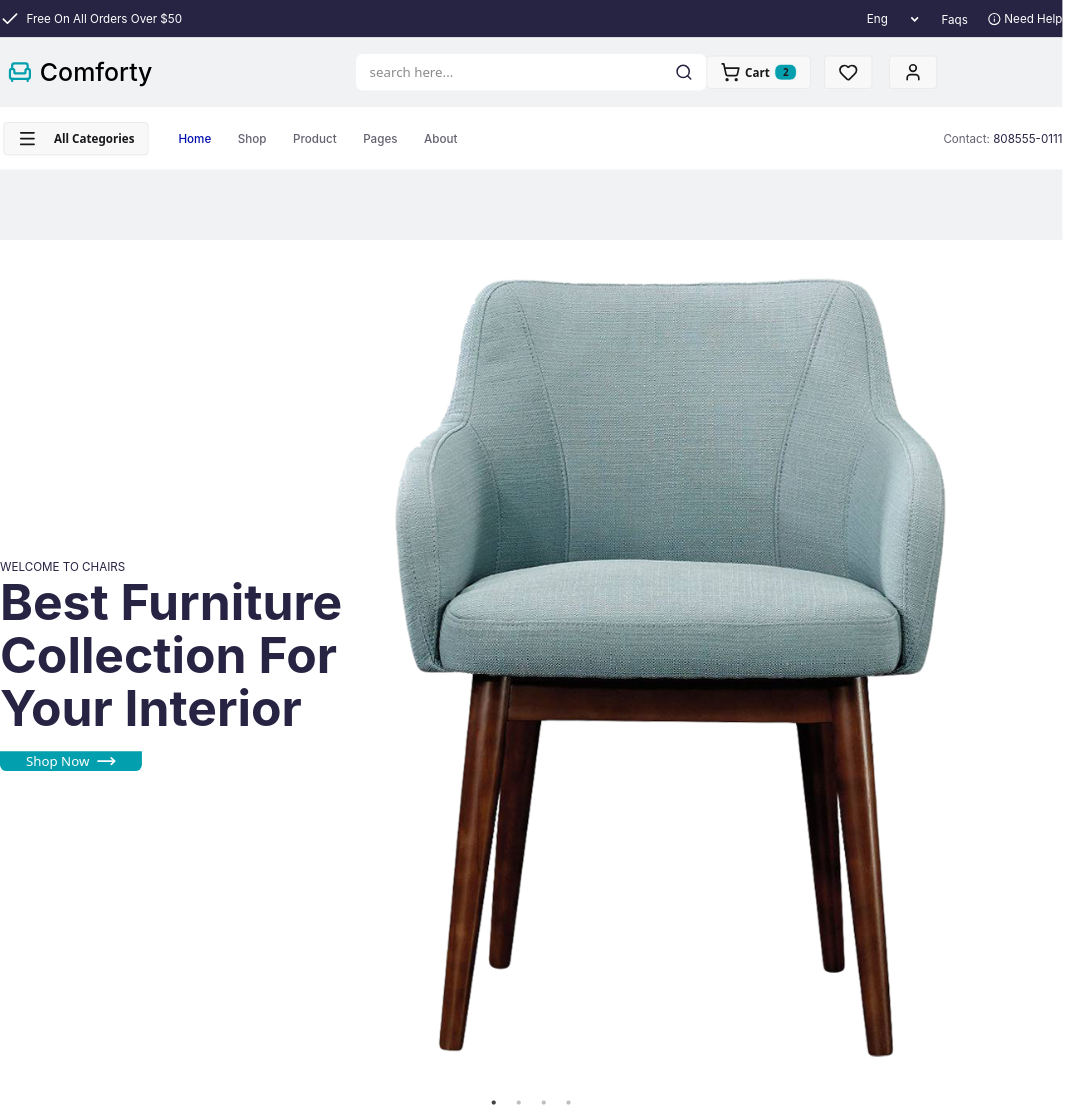
Repository: Neda0o0/store-template-website
Page: /
An editor plug-in stored every save of this project. The page is shown before and after the next save, followed by the edit.
The browser window is 1280 px wide. The page is 1305 px wide, so the pictures cover 1305 px, including what lies to the right of the window. The pictures show the whole page, at 83% of full size.
The project was rebuilt for these pictures with package versions that can differ from the ones it lists, and the page was loaded fresh each time. Also part of the build but not shown: vite.config.js, src/Pages/Auth/Auth.jsx, src/Pages/Auth/Login/Login.jsx, src/Pages/Auth/Register/Register.jsx, src/Pages/Error/Error.jsx, src/AuthCheck/AuthCheck.jsx.

Above is the page before, as saved 2025-10-21 17:58:02.

After the next save:
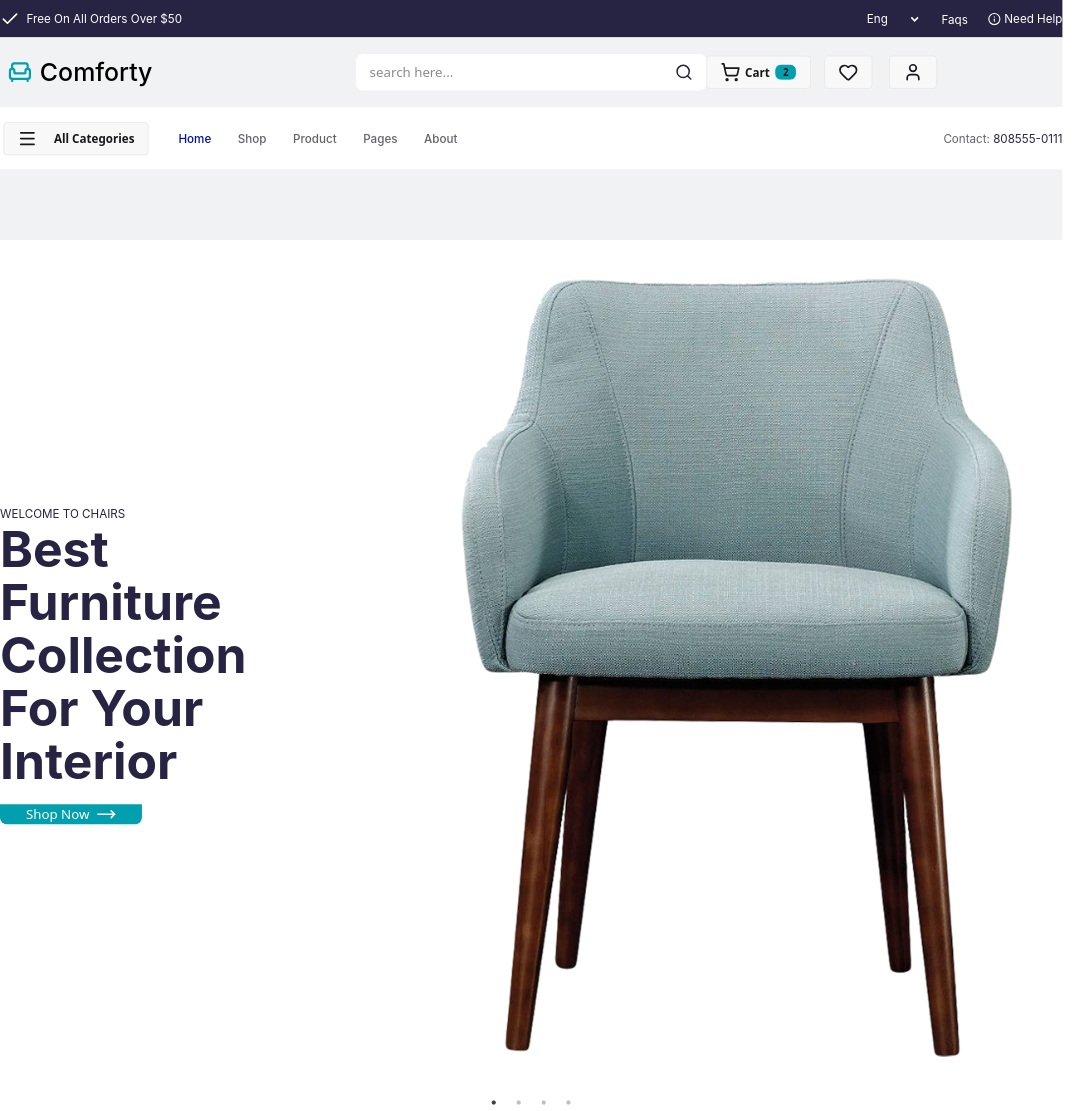
Saved 38 s later.
--- a/src/index.css
+++ b/src/index.css
@@ -12,4 +12,5 @@
   display: flex !important;
   justify-content: space-between;
   align-items: center;
+  gap: 7.5rem;
 }
